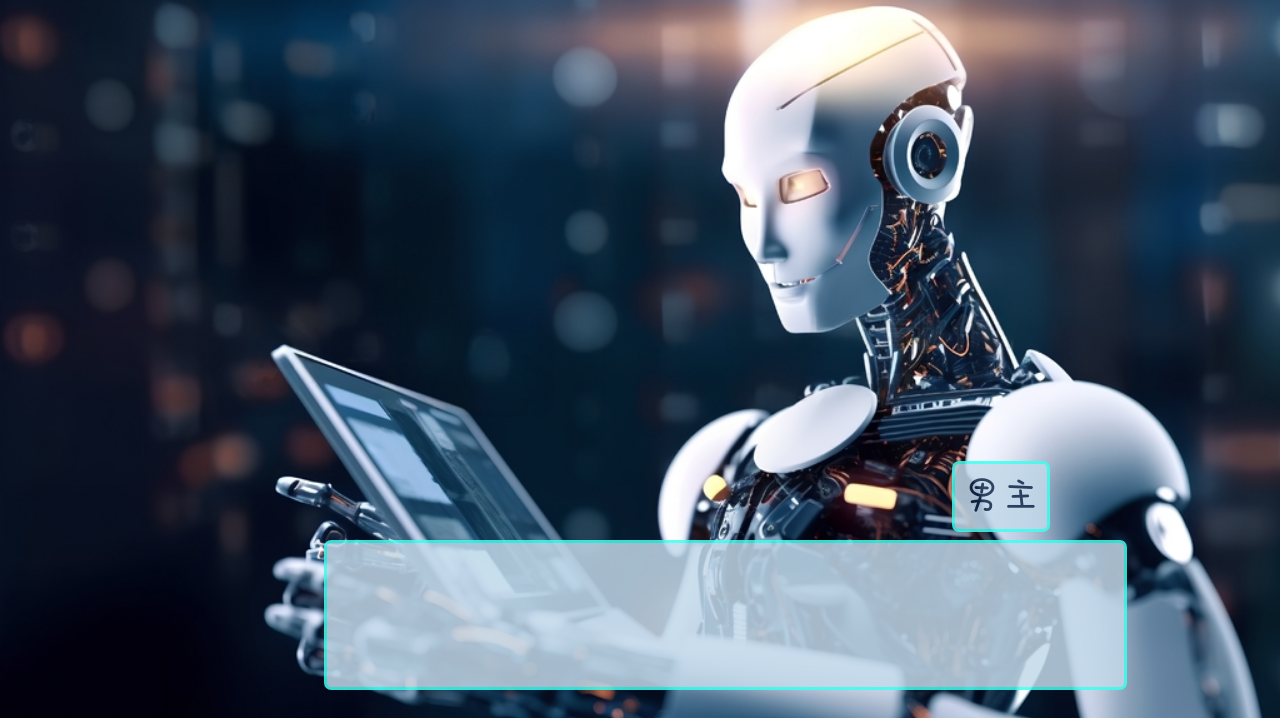
Repository: chjyume/zhongyi
Page: test1.html
An editor plug-in stored every save of this project. The page is shown before and after the next save, followed by the edit.
The browser window is 1280 px wide. The pictures show the whole page.

Above is the page before, as saved 2023-09-12 23:08:14.
Console error: TypeError: Cannot read properties of null (reading 'style')

### test1.html
<!DOCTYPE html>
<html>

<head>
    <meta name="viewport" content="width=device-width, initial-scale=1.0">
    <meta charset="utf-8" />
    <title>小故事引入</title>

    <link rel="stylesheet" type="text/css" href="family\font.css">
</head>
<style>
    body {
        background-image: url("img/img3-1.png");
        background-repeat: no-repeat;
        height: 100%;
        width: 100%;
        background-size: cover;
    }

    #textDiv {
        z-index: 2;
        width: 60%;
        cursor: pointer;
        height: 10vh;
        position: fixed;
        padding: 5vh 2vh;
        font-family: HYLeMiaoTi;
        font-size: 3vw;
        line-height: 3vw;
        top: 75vh;
        left: 45vh;

        color: #122648;
        background: #c2d9e9;
        border: 0.5vh solid #3fffef;
        border-radius: 1vh;
        opacity: 0.85;
        overflow: hidden;
    }

    #dynamicTextDiv {
        width: 6vw;
        height: 5vh;
        position: fixed;
        padding: 2vh 1vh;
        font-family: HYLeMiaoTi;
        font-size: 3vw;
        line-height: 3vw;
        top: 64vh;
        right: 32vh;

        color: #122648;
        background: #c2d9e9;
        border: 0.5vh solid #3fffef;
        border-radius: 1vh;
        opacity: 0.85;
        overflow: hidden;

    }

    #chosenDiv {
        position: r;
        width: 150vh;
        height: 70vh;
        margin: 1vh;
        border: 0.1vh solid #2c80ff;
        border-radius: 1vh;
        background-color: transparent;
        backdrop-filter: blur(1vh);
        z-index: 5;

    }

    .bubble {
        margin: 8vh;
        display: inline-block;
        height: 6vh;
        font-size: 2vw;
        font-family: HYLeMiaoTi;
        color: #78ffdd;
        background: #1a4c96;
        border: 0.2vh solid #86f3ff;
        border-radius: 2vh;
        opacity: 0.7;
        margin-bottom: 2vh;
        /* 设置子div之间的垂直间距 */
        margin-right: 3vh;
        /* 设置子div之间的水平间距 */

    }

    #text1 {
        display: inline-block;
        position: absolute;

        left: 40vh;
    }

    #text2 {
        display: inline-block;
        position: absolute;
        top: 8vh;
    }

    #text3 {
        display: inline-block;
        position: absolute;
        top: 50vh;
        left: -5vh;

    }

    #endMarker {
        position: fixed;
        z-index: 2;
        width: 0;
        height: 0;
        margin: auto;
        top: 90vh;
        left: 155vh;
        border-left: 2vh solid transparent;
        border-right: 2vh solid transparent;
        border-top: 3vh solid #00ffcc;
        animation: jump 0.5s infinite alternate;
    }

    @keyframes jump {
        0% {
            transform: translateY(0);
        }

        100% {
            transform: translateY(-1vh);
        }
    }

    #textContainer {
        position: absolute;
        top: 0;
        left: 0;
        width: 100%;
        height: 100%;
        padding: 10px;
        box-sizing: border-box;
        background-color: #122648;
        color: white;
    }

    #textBox {
        height: 100%;
        overflow-y: auto;
    }

    #overlay {
        position: fixed;
        top: 0;
        left: 0;
        width: 100%;
        height: 100%;
        background-color: rgba(0, 0, 0, 0.5);
        display: none;
        justify-content: center;
        align-items: center;
        z-index: 6;

    }


    .clearfix:after {
        content: "";
        display: block;
        clear: both;
        height: 0;
        visibility: hidden;
    }

    .clearfix {
        zoom: 1;
        display: flex;
        justify-content: center;
        align-items: center;
        height: 100vh;
        flex-direction: column;
    }

    .btn {
        margin-bottom: 7vh;
        display: inline-block;
        padding: 2vh 8vh;
        text-decoration: none;
        position: relative;
    }

    .btn1 {
        font-size: 3vh;
        border-radius: 2vh;
        position: relative;
        color: #000000;
        background: rgb(219, 197, 142);
        border: 1px solid rgb(219, 197, 142);
        -webkit-transition: background-color .3s, color .3s;
        transition: background-color .3s, color .3s
    }

    .btn1:before {
        content: '';
        position: absolute;
        top: -15px;
        left: -15px;
        bottom: -15px;
        right: -15px;
        background: inherit;
        z-index: -1;
        opacity: 0.5;
        -webkit-transform: scale3d(.6, .4, 1);
        transform: scale3d(.6, .4, 1);
        display: none\9;
    }

    .btn1:hover {
        background: rgb(248, 235, 213);
        border-color: rgb(248, 235, 213);
        -webkit-transition: background-color .1s .3s, color .1s .3s;
        transition: background-color .1s .3s, color .1s .3s;
        -webkit-animation: anim-moema-1 .3s forwards;
        animation: anim-moema-1 .3s forwards
    }

    .btn1:hover:before {
        -webkit-animation: anim-moema-2 .3s .3s forwards;
        animation: anim-moema-2 .3s .3s forwards;
    }

    @-webkit-keyframes anim-moema-1 {
        60% {
            -webkit-transform: scale3d(.8, .8, 1);
            transform: scale3d(.8, .8, 1)
        }

        85% {
            -webkit-transform: scale3d(1.1, 1.1, 1);
            transform: scale3d(1.1, 1.1, 1)
        }

        100% {
            -webkit-transform: scale3d(1, 1, 1);
            transform: scale3d(1, 1, 1)
        }
    }

    @keyframes anim-moema-1 {
        60% {
            -webkit-transform: scale3d(.8, .8, 1);
            transform: scale3d(.8, .8, 1)
        }

        85% {
            -webkit-transform: scale3d(1.1, 1.1, 1);
            transform: scale3d(1.1, 1.1, 1)
        }

        100% {
            -webkit-transform: scale3d(1, 1, 1);
            transform: scale3d(1, 1, 1)
        }
    }

    @-webkit-keyframes anim-moema-2 {
        to {
            opacity: 0;
            -webkit-transform: scale3d(1, 1, 1);
            transform: scale3d(1, 1, 1)
        }
    }

    @keyframes anim-moema-2 {
        to {
            opacity: 0;
            -webkit-transform: scale3d(1, 1, 1);
            transform: scale3d(1, 1, 1)
        }
    }
</style>

<body>
    <div id="dynamicTextDiv">
        <span id="dynamicText">男主</span>
    </div>
    <div id="textDiv" tabindex="1"></div>
</body>
<script src="js/index3.js"></script>


</html>

### family/font.css
@font-face {
    font-family: "HYLeMiaoTi";
    src:url("HYLeMiaoTiJ.ttf");
    font-weight: normal;
    font-style: normal;
}

### js/index3.js
//逐句加载
var textDiv = document.getElementById('textDiv');
var texts = ['晚上好，中医问诊AI小助手——灵灵。',
  '晚上好，这么晚了，主人怎么还没有休息？',
  '我又失眠了，我的安眠药也吃完了，怎么都睡不着。不是你说可以帮助我的吗？',
  '我通过全网查询得到以下诸多方法治疗失眠，你可以诉说你的需求进行筛选',
  '我不想吃药了！',
  '好的，已为你进行筛选。',
  '我怕麻烦！',
  '好的，已为你再次筛选。',
  '我怕痛',
  '好的，其中的针灸并不痛',
  '那我可以尝试一下'
];
var dynamicTextDiv = document.getElementById('dynamicTextDiv');
var dynamicText = document.getElementById('dynamicText');
var currentTextIndex = -1;
var currentText = "";
var originalBackgroundColor = "lightblue";
var originalColor = "black";



function showNextText() {
  document.body.style.overflow = 'hidden';
  if (currentTextIndex < texts.length - 1) {
    var endMarker = document.getElementById('endMarker');
    endMarker.style.display = 'none';
    currentTextIndex++;
    currentText = texts[currentTextIndex];
    var i = 0;
    textDiv.innerHTML = ""; // 清空文字内容
    dynamicText.textContent = currentTextIndex % 2 === 0 ? '男主' : '灵灵';
    var typing = setInterval(function() {
      if (i < currentText.length) {
        var span = document.createElement("span");
        span.textContent = currentText.charAt(i);
        if (currentTextIndex % 2 === 0 ) {
          span.style.color = "white"; //改变字体颜色
          textDiv.style.backgroundColor = "#122648"; // 改变背景颜色
          textDiv.style.color = originalColor; // 设置字体颜色
          dynamicText.style.color="white";
          dynamicTextDiv.style.backgroundColor = "#122648"; // 改变背景颜色
          dynamicTextDiv.style.color = originalColor; // 设置字体颜色
        } else {
          span.style.color = originalColor; // 恢复字体颜色
          textDiv.style.backgroundColor = originalBackgroundColor; // 恢复背景颜色
          dynamicTextDiv.style.backgroundColor = originalBackgroundColor;
           dynamicText.style.color = originalColor;
        }

        textDiv.appendChild(span);
        i++;

        //选项消除
        if (currentTextIndex === 3) {
          var chosenDiv = document.getElementById('chosenDiv');
          chosenDiv.style.display = 'block';
        }
          if (currentTextIndex === 5) {
          var text1 = document.getElementById('text1');
          text1.style.display = 'none';
        }
          if (currentTextIndex === 7) {
          var text2 = document.getElementById('text2');
          text2.style.display = 'none';
        }



        //句末三角
        if (i === currentText.length) {
          var endMarker = document.getElementById('endMarker');
          endMarker.style.display = 'block';
        }
      } else {
        clearInterval(typing);
      }
    }, 100);
  } else {
    return;
  }
  //遮罩层

        if (currentTextIndex === texts.length-1) {
          const overlay = document.querySelector('#overlay');
          textDiv.addEventListener('click', () => {
            overlay.style.display = 'flex';
            endMarker.style.display = 'none';
            textDiv.style.display = 'none'; // 隐藏textDiv
            dynamicTextDiv.style.display = 'none';
            chosenDiv.style.display = 'none';
          });
        }else {
          return;
          }

}
textDiv.addEventListener('click', showNextText);

showNextText();

//按钮点击效果

 $(function () {
            $('.btn').on('click', function (e) {
                var parentOffset = $(this).offset(),
                    relX = e.pageX - parentOffset.left,
                    relY = e.pageY - parentOffset.top;
                $(this).find('.bgsqr1').css({
                    top: relY,
                    left: relX
                });
            });
 });

After the next save:
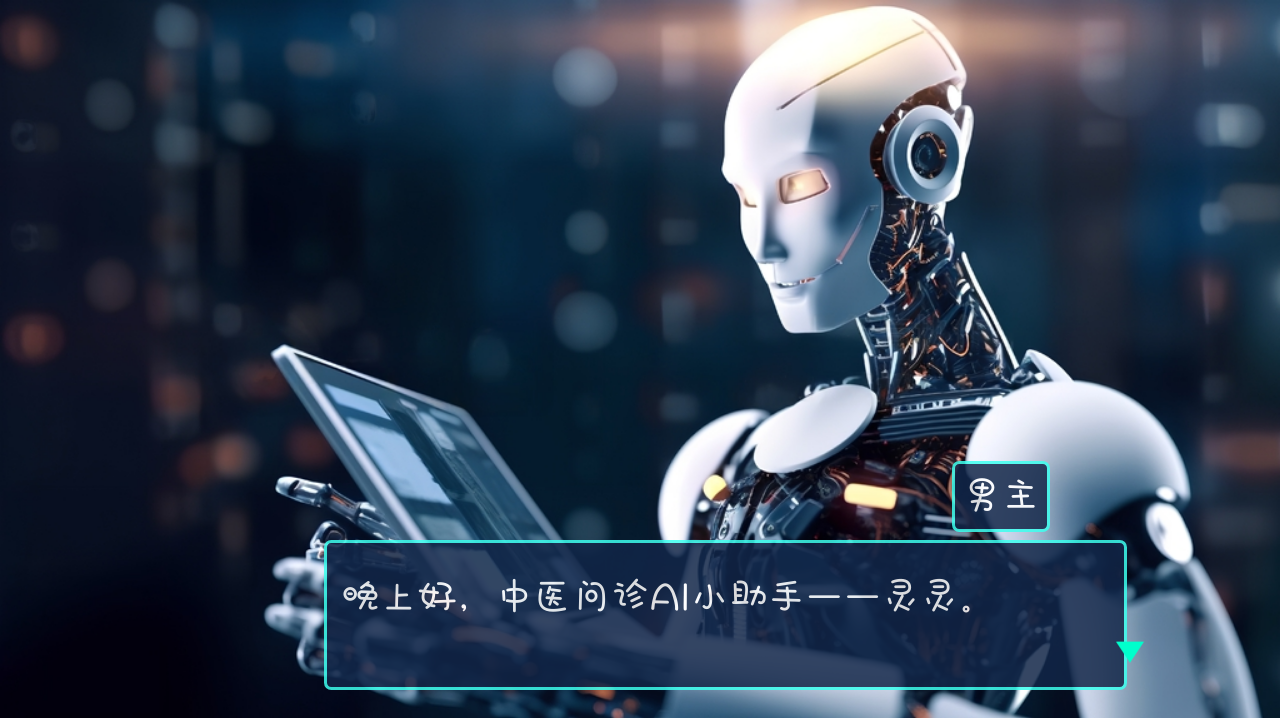
Console error: ReferenceError: $ is not defined
Saved 34 s later.
--- a/test1.html
+++ b/test1.html
@@ -287,6 +287,42 @@
         <span id="dynamicText">男主</span>
     </div>
     <div id="textDiv" tabindex="1"></div>
+    <div id="endMarker" style="display: none;"></div>
+    <div id="overlay">
+        <div class="clearfix">
+            <a class="btn btn1" onclick="window.location.href='/zhen1.html'"><span
+                    class="btn-inner"></span>中医针灸治疗（岐黄针）</span></a>
+            <a class="btn btn1" onclick="window.location.href='/zhen1.html'"><span class="btn-inner">中医音乐治疗</span></a>
+            <a class="btn btn1" onclick="window.location.href='/zhen1.html'"><span class="btn-inner">中医安神香囊</span></a>
+        </div>
+    </div>
+    <div id="chosenDiv" style="display: none; font-size: 50px;">
+        <div id="text1">
+            <div class="bubble">右佐匹克隆</div>
+            <div class="bubble">奥沙西洋</div>
+            <div class="bubble">加巴喷丁</div>
+            <div class="bubble">苯二氮䓬类受体激动剂</div>
+            <div class="bubble">艾司唑仑</div>
+            <div class="bubble">三唑仑</div>
+            <div class="bubble">水合氯醛</div>
+        </div>
+        <div id="text2">
+            <div class="bubble">呼吸减慢法</div>
+            <div class="bubble" tabindex="1">联想法</div>
+            <div class="bubble" tabindex="1">转动眼珠法</div>
+            <div class="bubble" tabindex="1">用左侧鼻孔呼吸法</div>
+            <div class="bubble" tabindex="1">回想法</div>
+            <div class="bubble" tabindex="1">白噪音</div>
+            <div class="bubble" tabindex="1">轻型助眠操</div>
+            <div class="bubble" tabindex="1">安神补脑液</div>
+            <div class="bubble" tabindex="1">刺激控制疗法</div>
+        </div>
+        <div id="text3" tabindex="1">
+            <div class="bubble" tabindex="1">中医针灸治疗（岐黄针）</div>
+            <div class="bubble" tabindex="1">中医音乐治疗</div>
+            <div class="bubble" tabindex="1">中医安神香囊</div>
+        </div>
+    </div>
 </body>
 <script src="js/index3.js"></script>
 

After the 3 saves that followed:
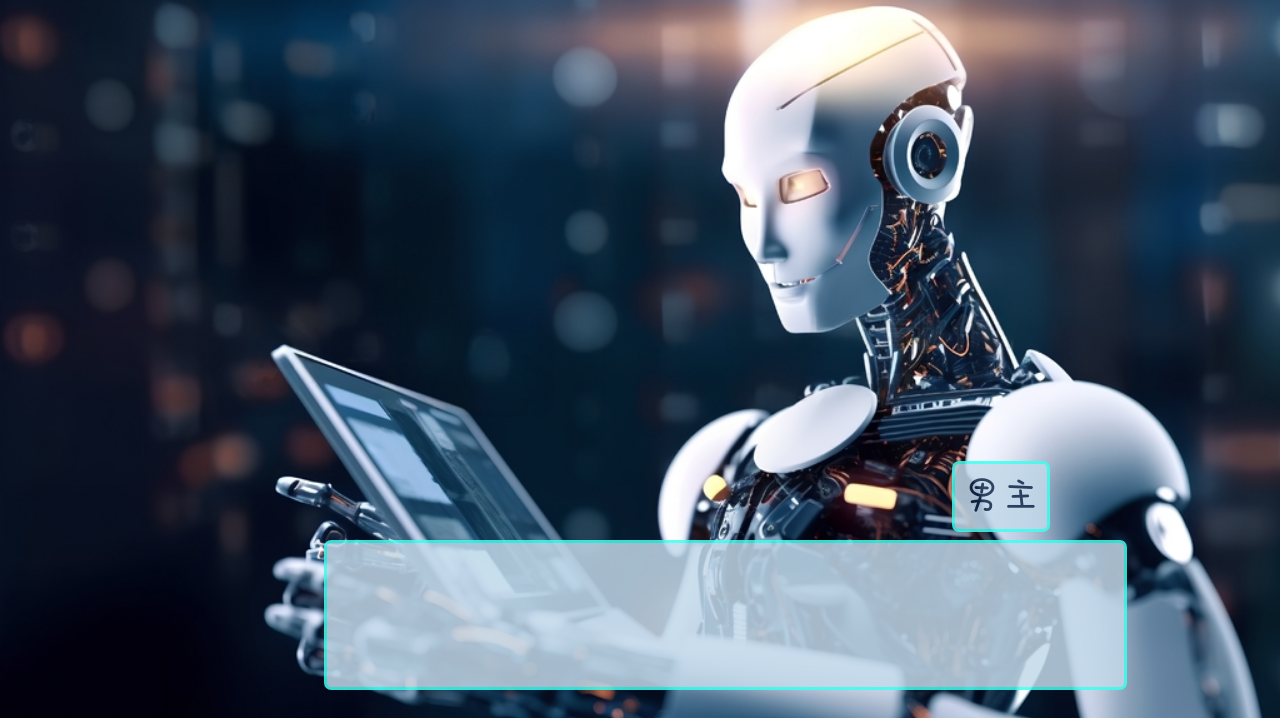
Console error: TypeError: Cannot read properties of null (reading 'style')
The 3 saves are shown as one change because 2 left the picture as it was.
The last was saved 65 s later.
--- a/test1.html
+++ b/test1.html
@@ -287,42 +287,16 @@
         <span id="dynamicText">男主</span>
     </div>
     <div id="textDiv" tabindex="1"></div>
-    <div id="endMarker" style="display: none;"></div>
-    <div id="overlay">
+    <!-- <div id="endMarker" style="display: none;"></div> -->
+    <!-- <div id="overlay">
         <div class="clearfix">
             <a class="btn btn1" onclick="window.location.href='/zhen1.html'"><span
                     class="btn-inner"></span>中医针灸治疗（岐黄针）</span></a>
             <a class="btn btn1" onclick="window.location.href='/zhen1.html'"><span class="btn-inner">中医音乐治疗</span></a>
             <a class="btn btn1" onclick="window.location.href='/zhen1.html'"><span class="btn-inner">中医安神香囊</span></a>
         </div>
-    </div>
-    <div id="chosenDiv" style="display: none; font-size: 50px;">
-        <div id="text1">
-            <div class="bubble">右佐匹克隆</div>
-            <div class="bubble">奥沙西洋</div>
-            <div class="bubble">加巴喷丁</div>
-            <div class="bubble">苯二氮䓬类受体激动剂</div>
-            <div class="bubble">艾司唑仑</div>
-            <div class="bubble">三唑仑</div>
-            <div class="bubble">水合氯醛</div>
-        </div>
-        <div id="text2">
-            <div class="bubble">呼吸减慢法</div>
-            <div class="bubble" tabindex="1">联想法</div>
-            <div class="bubble" tabindex="1">转动眼珠法</div>
-            <div class="bubble" tabindex="1">用左侧鼻孔呼吸法</div>
-            <div class="bubble" tabindex="1">回想法</div>
-            <div class="bubble" tabindex="1">白噪音</div>
-            <div class="bubble" tabindex="1">轻型助眠操</div>
-            <div class="bubble" tabindex="1">安神补脑液</div>
-            <div class="bubble" tabindex="1">刺激控制疗法</div>
-        </div>
-        <div id="text3" tabindex="1">
-            <div class="bubble" tabindex="1">中医针灸治疗（岐黄针）</div>
-            <div class="bubble" tabindex="1">中医音乐治疗</div>
-            <div class="bubble" tabindex="1">中医安神香囊</div>
-        </div>
-    </div>
+    </div> -->
+
 </body>
 <script src="js/index3.js"></script>
 
